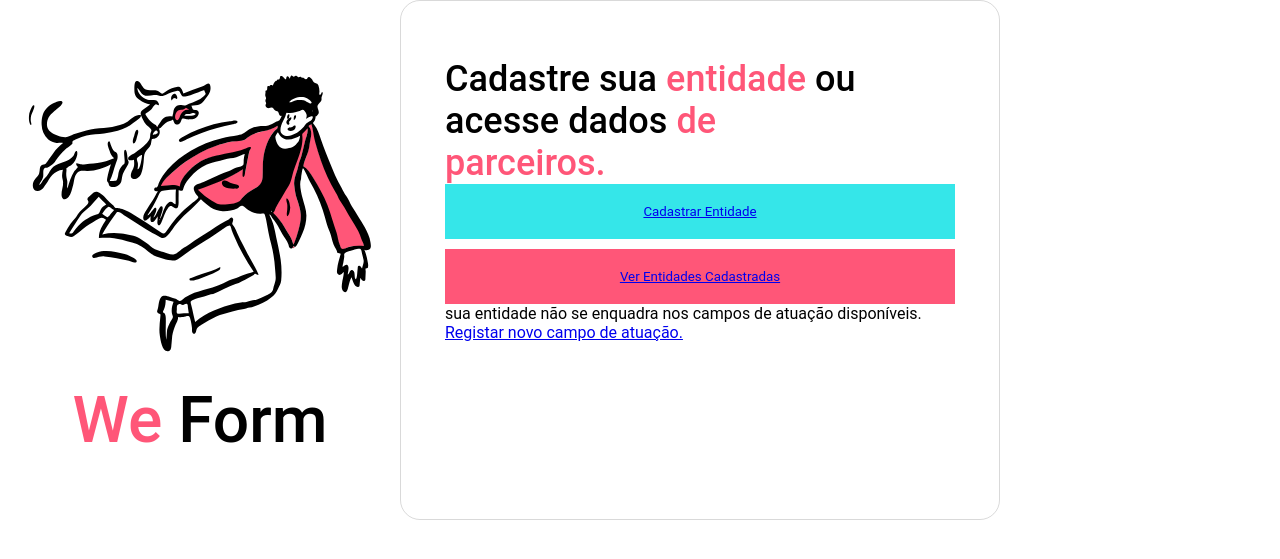
Repository: guilhermecardoso93/we-form
Page: index.html
These files come from the project's save history. The page is drawn as it stood at one moment and after the next save; the edit follows.
The browser window is 1280 px wide. The pictures show the whole page.

Above is the page before, as saved 2024-06-09 17:28:53.

After the next save:
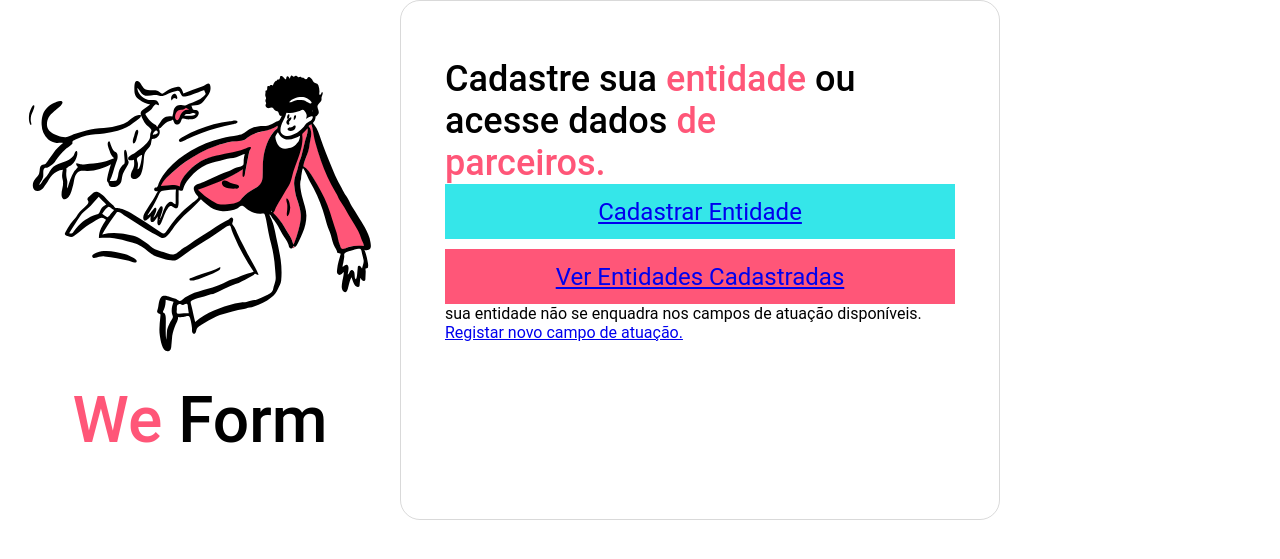
Saved 16 s later.
--- a/styles.css
+++ b/styles.css
@@ -66,8 +66,10 @@ main h2 {
 .buttons button {
   background-color: #35e6e9;
   color: #fff;
+  font-size: 2.4rem;
   height: 5.5rem;
   border: none;
+
 }
 
 .buttons button + button {
